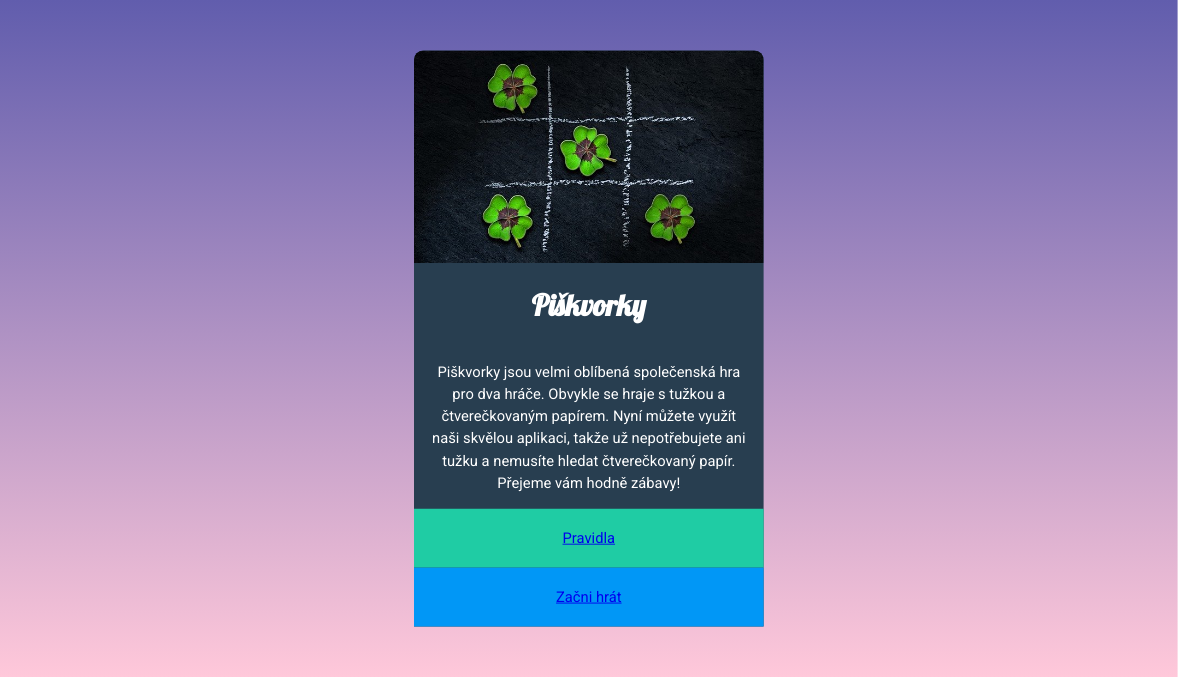
Repository: VerPro/piskvorky
Page: index.html
These files come from the project's save history. The page is drawn as it stood at one moment and after the next save; the edit follows.
The browser window is 1280 px wide. The pictures show the whole page, at 92% of full size.

Above is the page before, as saved 2021-03-24 21:03:49.

### index.html
<!DOCTYPE html>
<html lang="cs">
  <head>
    <meta charset="UTF-8" />
    <meta http-equiv="X-UA-Compatible" content="IE=edge" />
    <meta name="viewport" content="width=device-width, initial-scale=1.0" />
    <title>Piškvorky</title>
    <link rel="preconnect" href="https://fonts.gstatic.com" />
    <link
      href="https://fonts.googleapis.com/css2?family=Lobster&family=Roboto&display=swap"
      rel="stylesheet"
    />
    <link rel="stylesheet" href="styly.css" />
  </head>
  <body>
    <main>
      <img class="uvodniObrazek" src="uvodni.jpg" alt="" />
      <!-- Dodělat ten ALT! -->
      <h1 class="heading1Piskvorky">Piškvorky</h1>

      <p>
        Piškvorky jsou velmi oblíbená společenská hra pro dva hráče. Obvykle se
        hraje s tužkou a čtverečkovaným papírem. Nyní můžete využít naši skvělou
        aplikaci, takže už nepotřebujete ani tužku a nemusíte hledat
        čtverečkovaný papír. Přejeme vám hodně zábavy!
      </p>
      <nav class="buttons">
        <a class="buttonPravidla" href="index.html">Pravidla</a>
        <a class="buttonZacniHrat" href="index.html">Začni hrát</a>
      </nav>
    </main>
  </body>
</html>

### styly.css
body {
  background-image: linear-gradient(#615dad, #ffc8da);
  min-height: 100vh;
  background-repeat: no-repeat;
  background-size: cover;
  font-family: 'Roboto', sans-serif;
  color: #ffffff;
  line-height: 1.5;
  display: flex;
  justify-content: center;
  align-content: center;
  flex-wrap: wrap;
}

h1 {
  font-family: 'Lobster', cursive;
  text-align: center;
}

p {
  text-align: center;
  width: 90%;
}

main {
  display: flex;
  flex-direction: column;
  align-items: center;
  width: 30%;
  height: 50%;
  margin: 40px;
  background-color: #283e50;
  border-radius: 10px 10px 0 0;
}

nav {
  display: flex;
  flex-direction: column;
  text-align: center;
  width: 100%;
}

.buttonPravidla {
  background-color: #1fcca4;
  padding: 20px;
  flex-grow: 1;
}

.buttonPravidla:hover {
  background-color: #1cbb96;
}

.buttonZacniHrat {
  background-color: #0197f6;
  padding: 20px;
  flex-grow: 1;
}

.buttonZacniHrat:hover {
  background-color: #0090e9;
}

img {
  width: 100%;
  border-radius: 10px 10px 0 0;
}

After the next save:
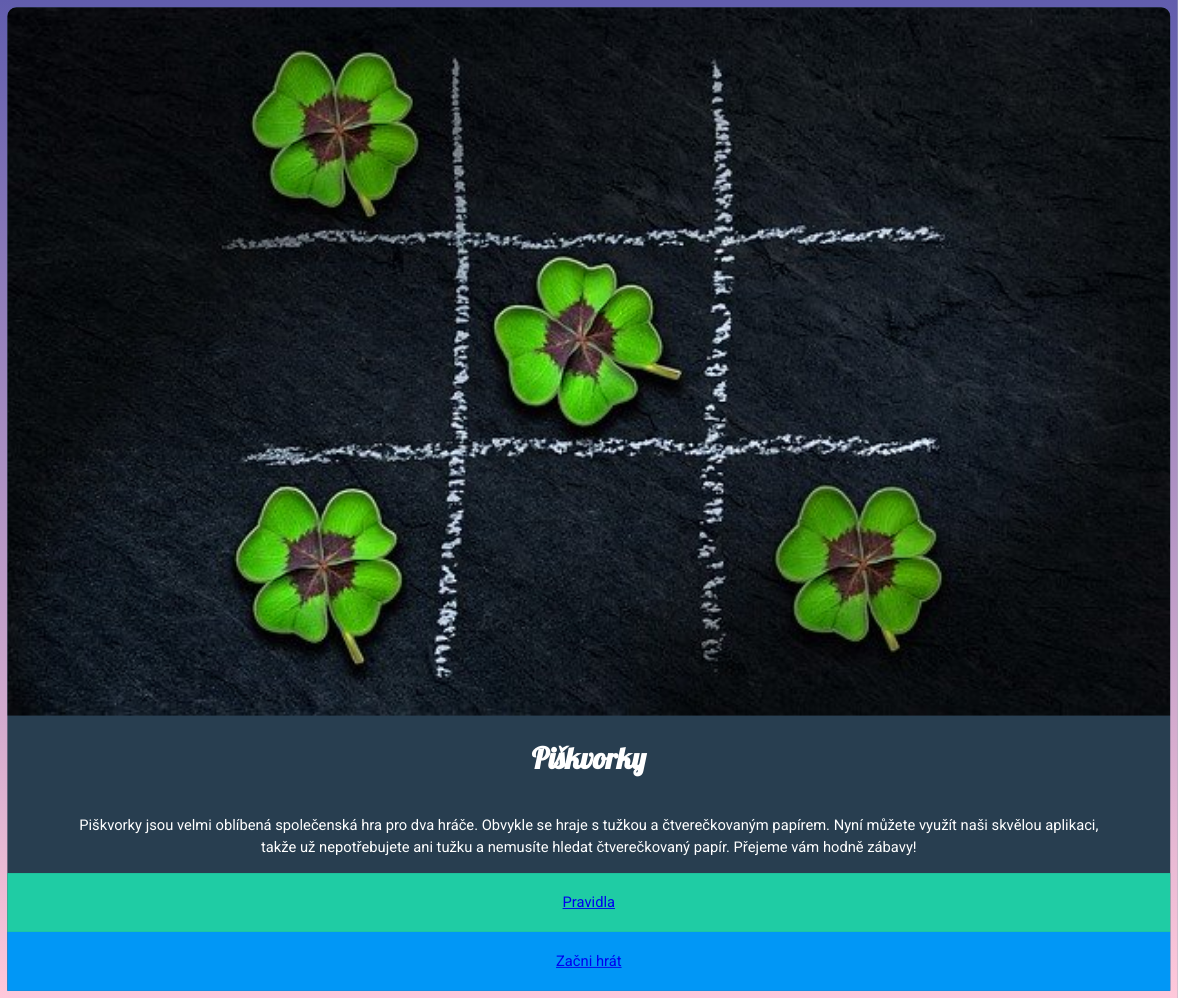
Saved 30 s later.
--- a/styly.css
+++ b/styly.css
@@ -26,9 +26,9 @@
   display: flex;
   flex-direction: column;
   align-items: center;
-  width: 30%;
+  /*width: 30%;
   height: 50%;
-  margin: 40px;
+  margin: 40px;*/
   background-color: #283e50;
   border-radius: 10px 10px 0 0;
 }

After the save that followed:
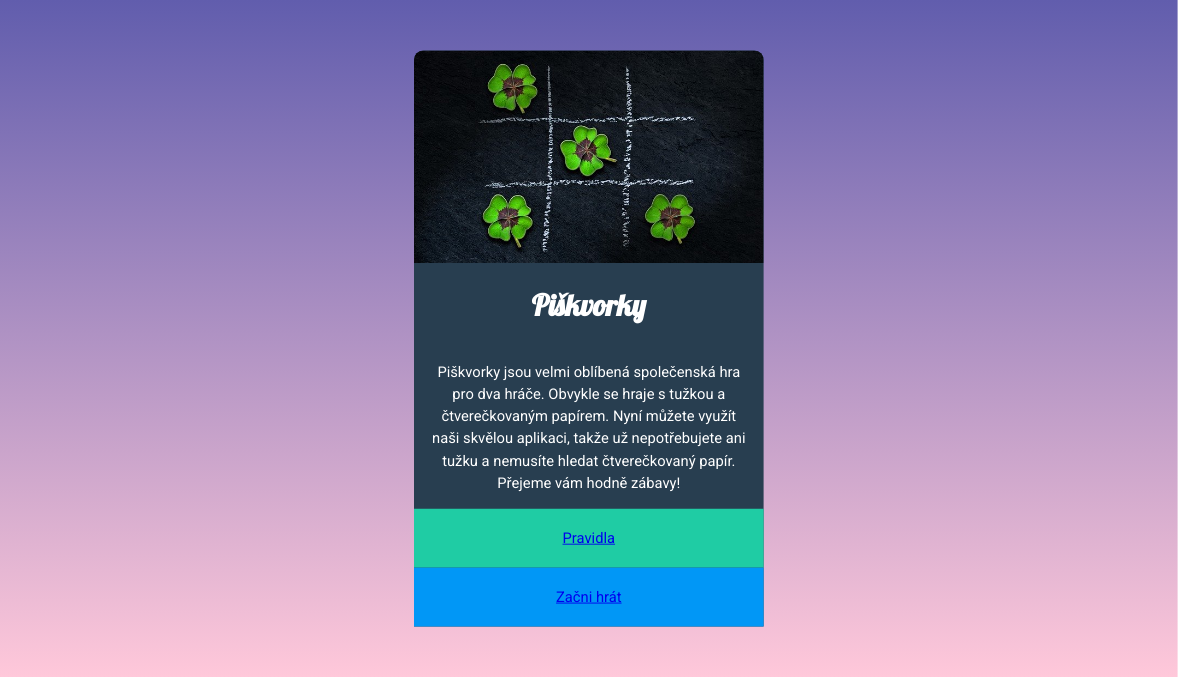
Saved 4 min 43 s later.
--- a/styly.css
+++ b/styly.css
@@ -26,9 +26,9 @@
   display: flex;
   flex-direction: column;
   align-items: center;
-  /*width: 30%;
+  width: 30%;
   height: 50%;
-  margin: 40px;*/
+  margin: 40px;
   background-color: #283e50;
   border-radius: 10px 10px 0 0;
 }
